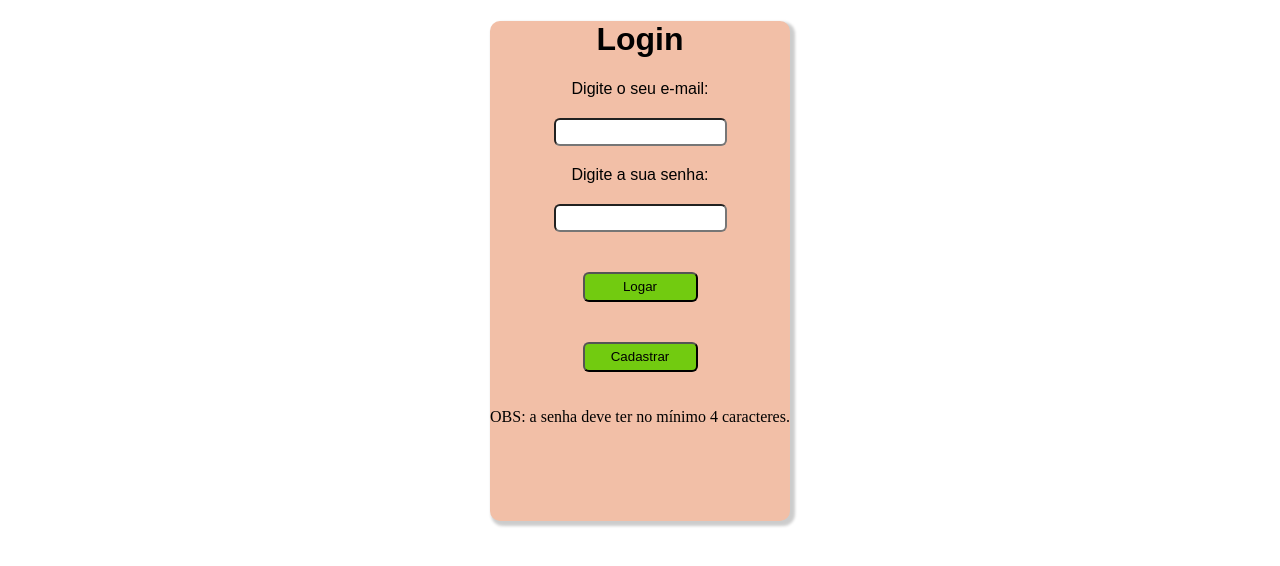
Repository: leviviana21/Java-web-login
Page: http://localhost/conexao_bd/
An editor plug-in stored every save of this project. The page is shown before and after the next save, followed by the edit.
The browser window is 1280 px wide. The pictures show the whole page.
The page is served by Tomcat 10.

Above is the page before, as saved 2025-06-23 18:05:15.

After the next save:
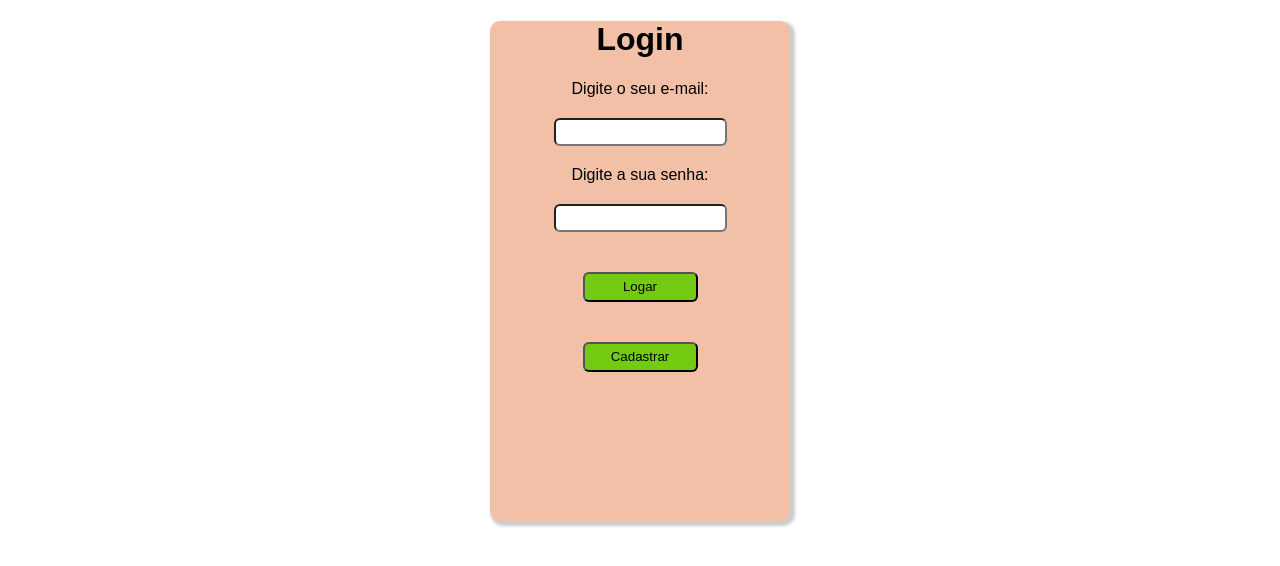
Saved 61 s later.
--- a/conexao_bd/src/main/webapp/index.jsp
+++ b/conexao_bd/src/main/webapp/index.jsp
@@ -20,8 +20,9 @@
         <br>
         <input type="submit" value="Logar" name="botao" class="botao-login">
         </form>
-        <input type="submit" value="Cadastrar" name="botao" class="botao-login">
-        <p>OBS: a senha deve ter no mínimo 4 caracteres.</p>
+         <form action="dashboard.jsp" method="get">
+        <input type="submit" value="Cadastrar" class="botao-login">
+    	</form>
 
         <%
 			if(request.getAttribute("error") != null){
